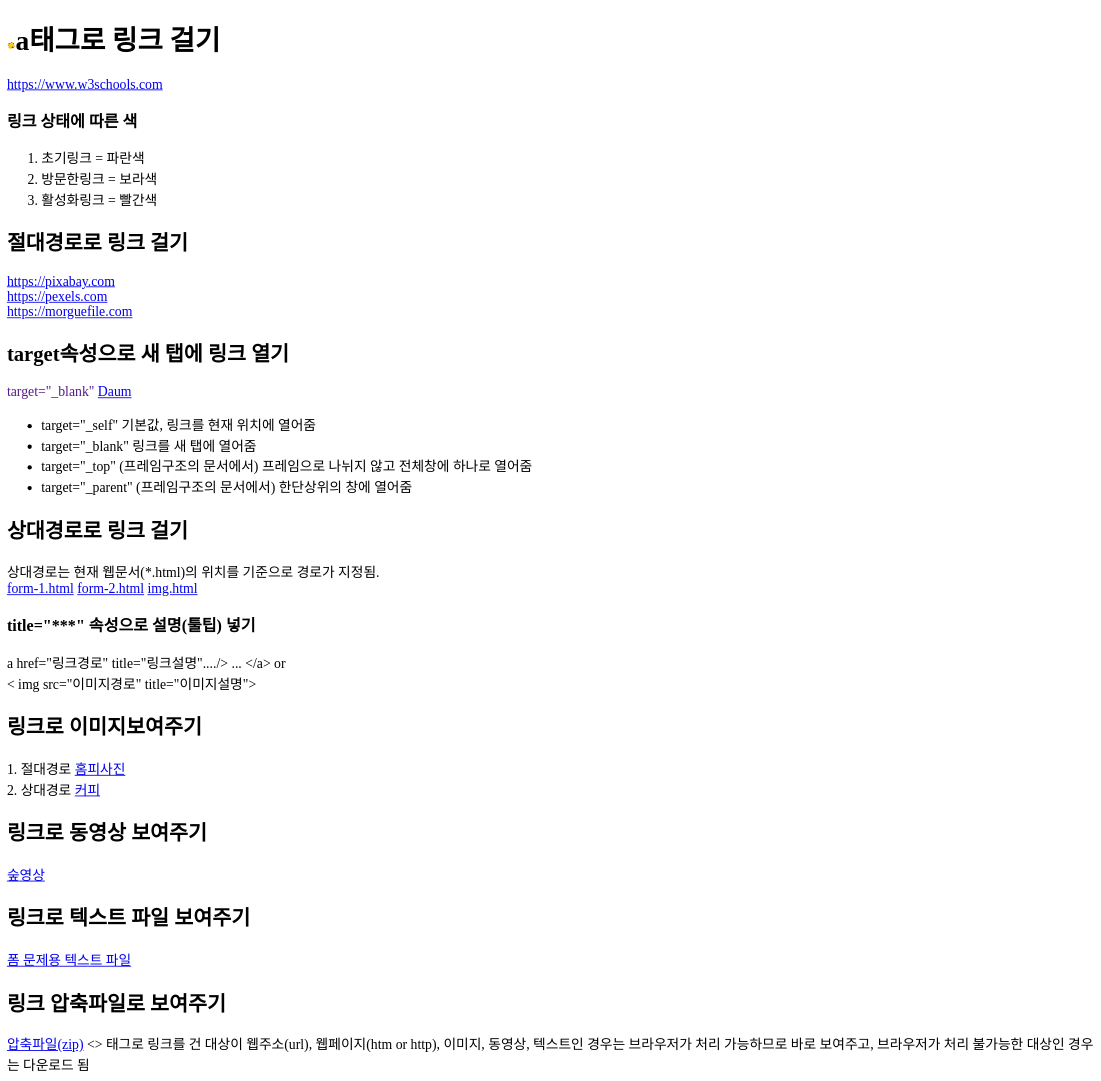
Repository: ReadStar/Web
Page: Html/html5/WebContent/A.html
An editor plug-in stored every save of this project. The page is shown before and after the next save, followed by the edit.
The browser window is 1280 px wide. The pictures show the whole page, at 86% of full size.

Above is the page before, as saved 2020-08-20 08:23:34.

After the next save:
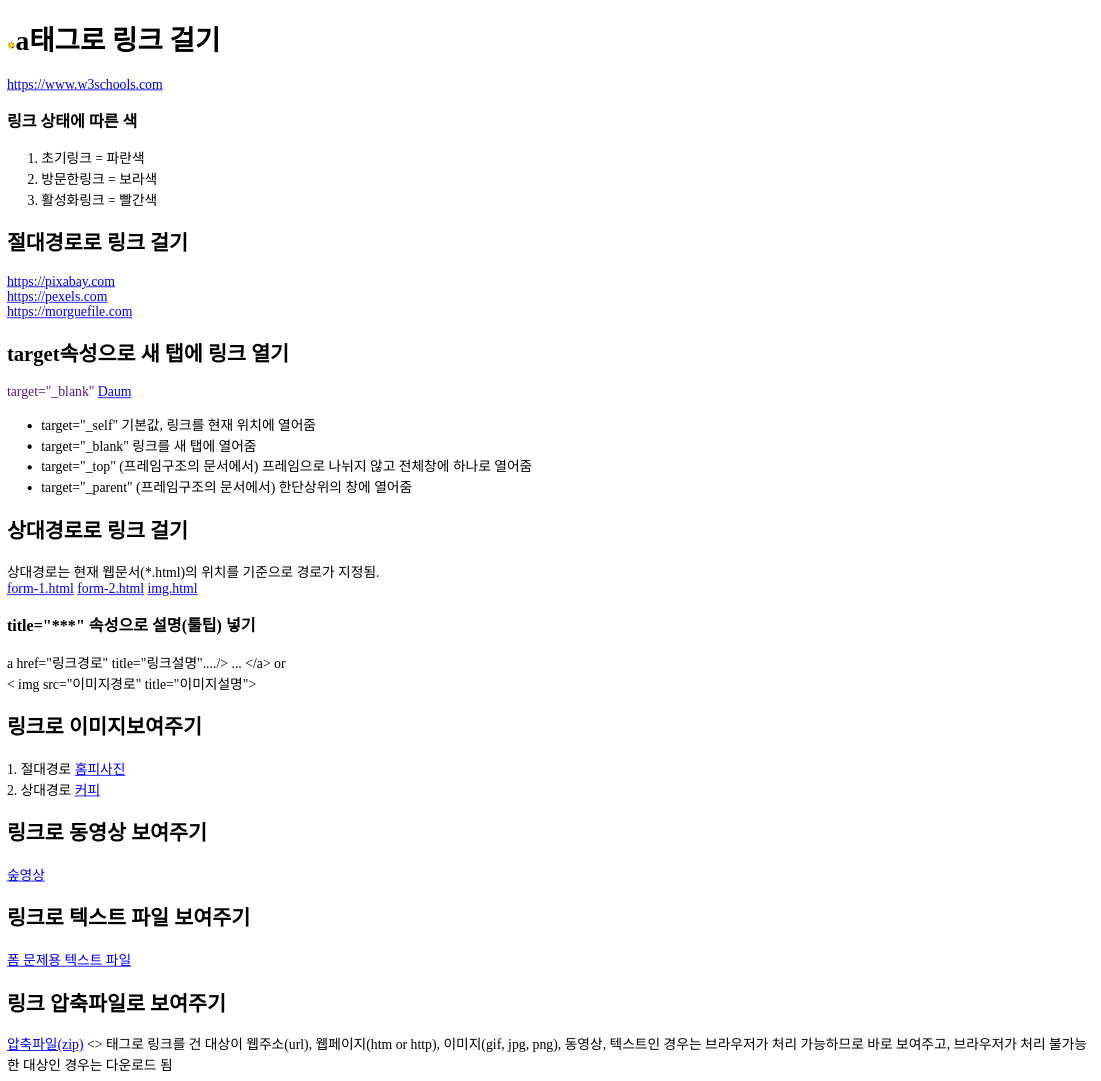
Saved 8 s later.
--- a/Html/html5/WebContent/A.html
+++ b/Html/html5/WebContent/A.html
@@ -58,7 +58,7 @@ or <br>
 <h2>링크 압축파일로 보여주기</h2>
 <a href="압축파일.zip">압축파일(zip)</a>
 <>
-태그로 링크를 건 대상이 웹주소(url), 웹페이지(htm or http), 이미지, 동영상, 텍스트인 경우는 브라우저가 처리 가능하므로 바로 보여주고,
+태그로 링크를 건 대상이 웹주소(url), 웹페이지(htm or http), 이미지(gif, jpg, png), 동영상, 텍스트인 경우는 브라우저가 처리 가능하므로 바로 보여주고,
 브라우저가 처리 불가능한 대상인 경우는 다운로드 됨
 </body>
 </html>
